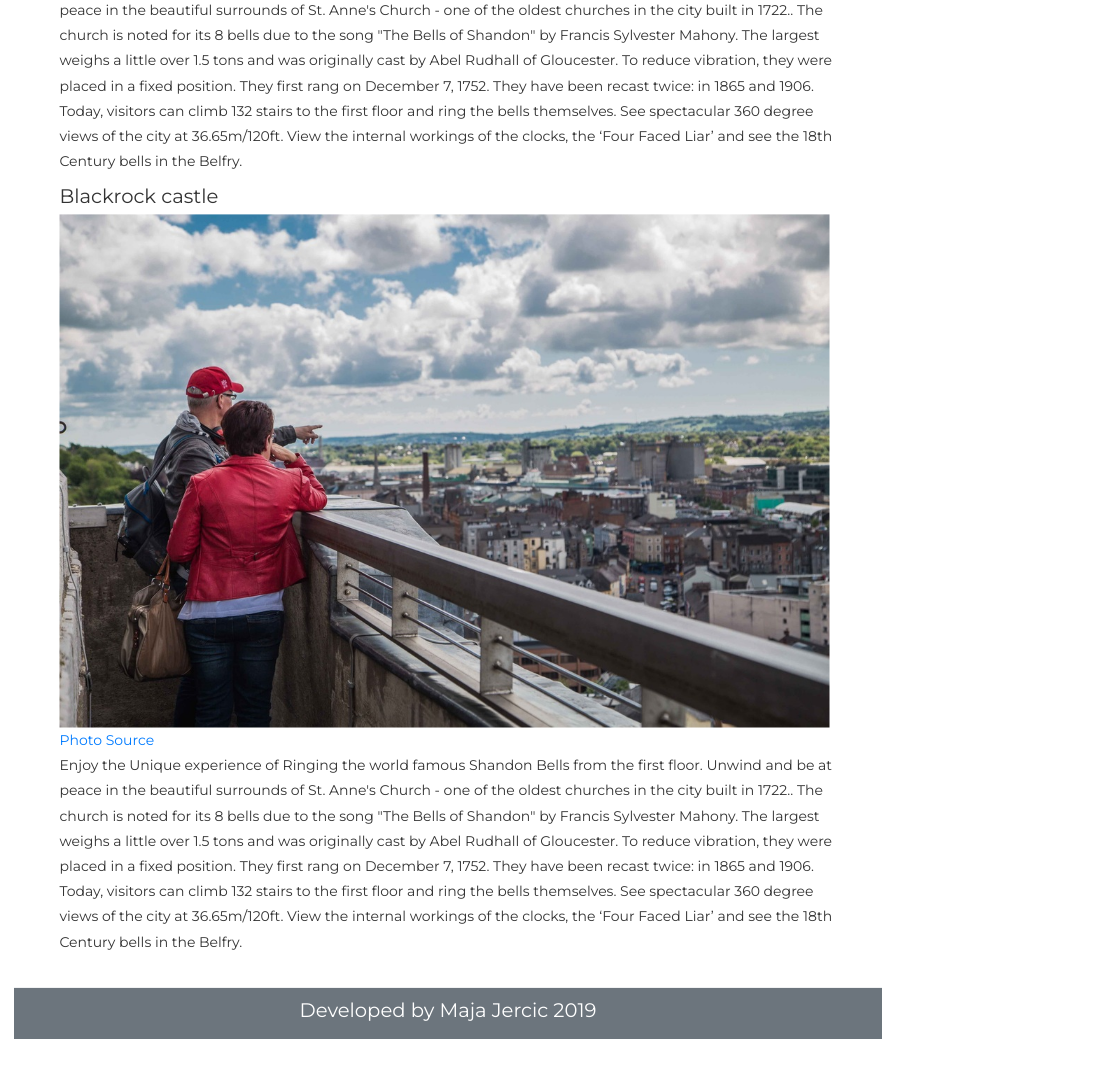
Repository: Maja-Jer/Welcome-to-Cork
Page: see.html
The author's editor kept a record of every edit. The page is drawn from the files as they stood at one moment, then again after the next edit.
The browser window is 1280 px wide. The page is 1585 px wide, so the pictures cover 1585 px, including what lies to the right of the window. The pictures show the part of the page from y = 3155 to 4715 px (the page is 4715 px tall before and 4558 px after), at 70% of full size.
Some web libraries are served in a nearby version.

Above is the page before.
Console error: TypeError: Cannot read properties of undefined (reading 'fn')

After the next edit:
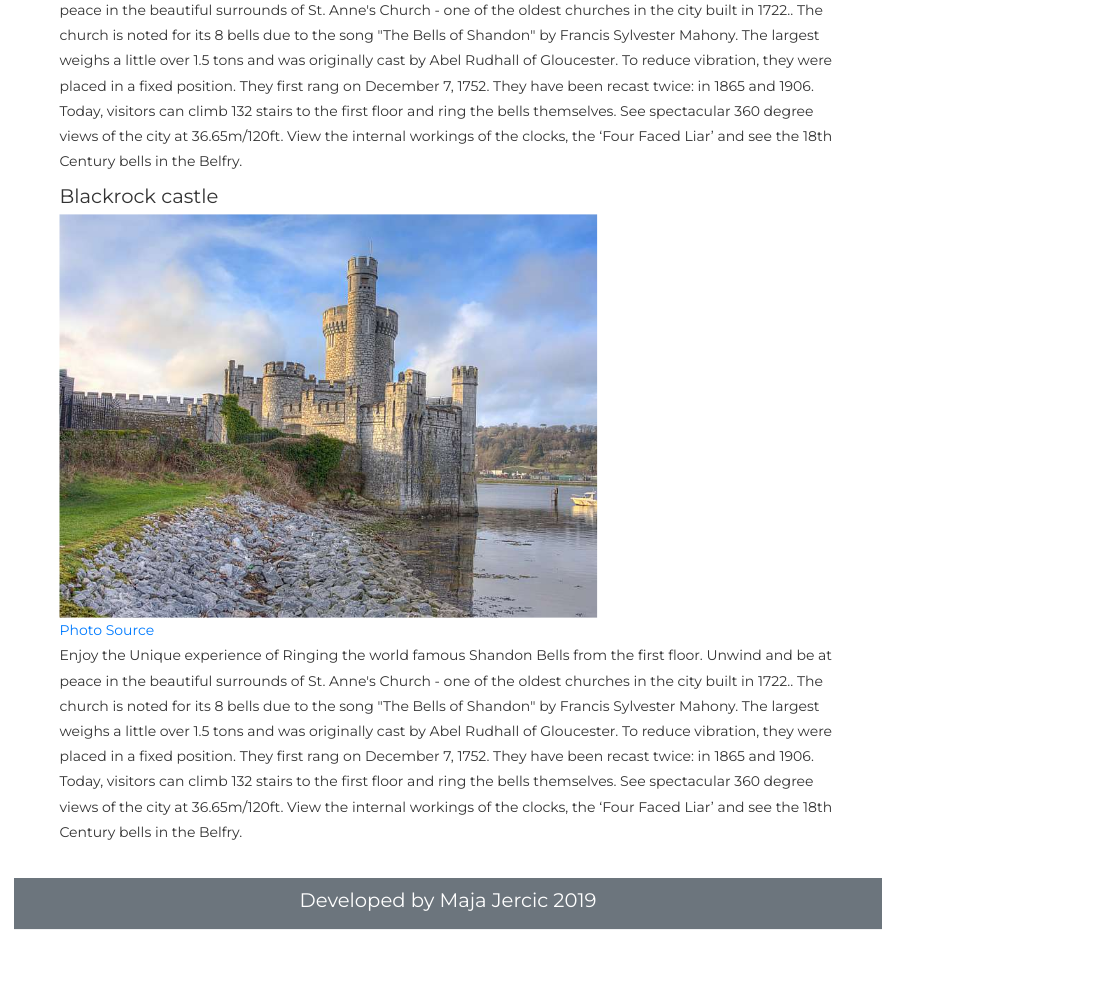
The edit:
--- a/see.html
+++ b/see.html
@@ -133,7 +133,7 @@
             </div>
 
 
-        <img src="./assets/photos/shandon-bells.jpg " alt="Shandon Bells ">
+        <img src="./assets/photos/blackrock_castle.jpg" alt="Blackrock castle">
         <br>
         <h7><a href="http://www.shandonbells.ie/uploads/1/2/6/6/12669090/1388908_orig.jpg">Photo Source</a></h7>
     </div>
